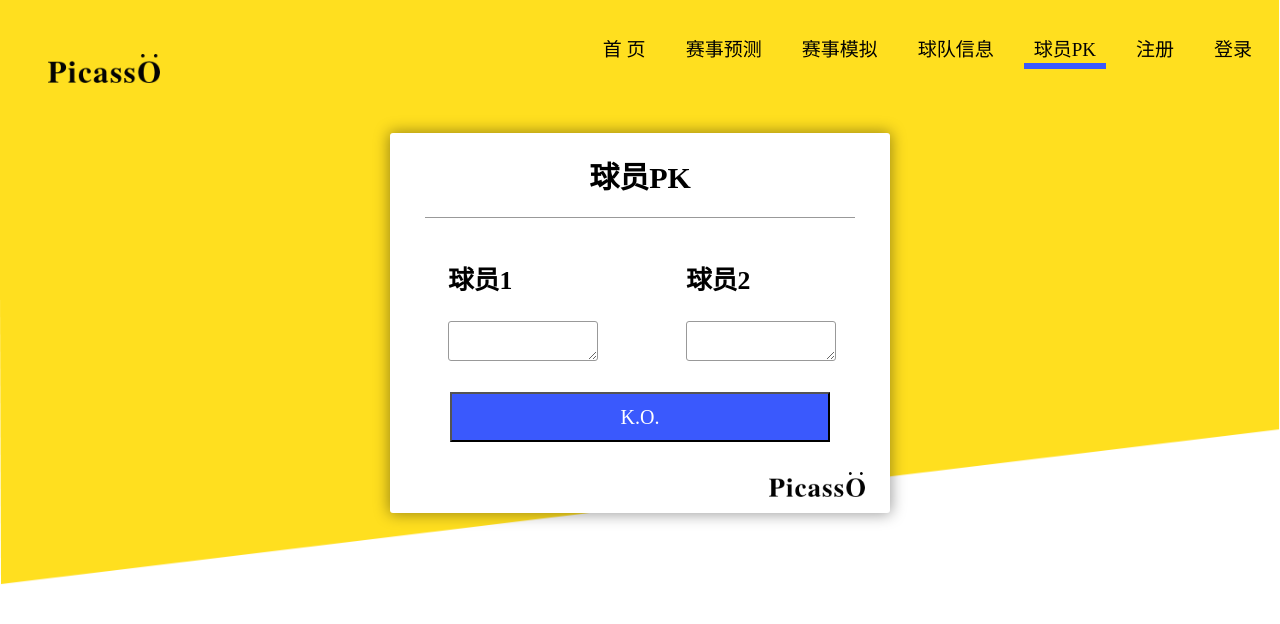
Repository: cciixx/nba-prediction-sys
Page: public/PK_index.html
These files come from the project's save history. The page is drawn as it stood at one moment and after the next save; the edit follows.
The browser window is 1280 px wide. The pictures show the whole page.

Above is the page before, as saved 2020-04-04 11:00:12.

After the next save:
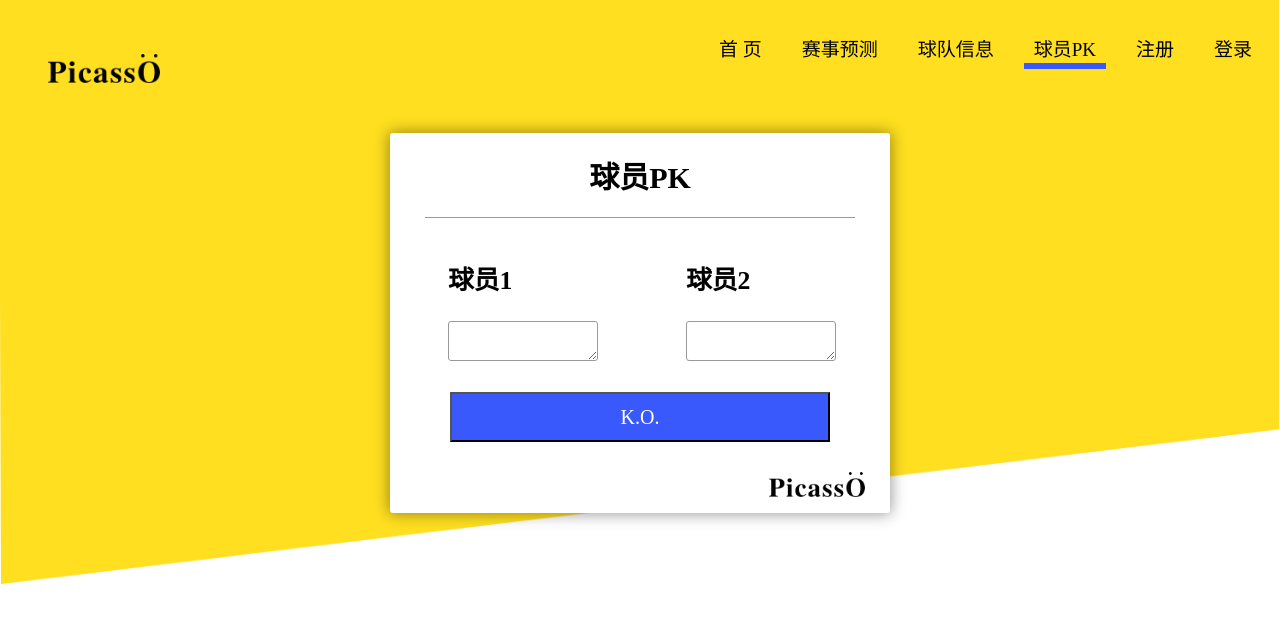
Saved 111 s later.
--- a/public/PK_index.html
+++ b/public/PK_index.html
@@ -17,7 +17,7 @@
             <li><a href="register.html">注册</a></li>
             <li style="border-bottom: 6px solid #3a59fd;"><a href="PK_index.html">球员PK</a></li>
             <li><a href="team_index.html">球队信息</a></li>
-            <li><a href="live_index.html">赛事模拟</a></li>
+            <!-- <li><a href="live_index.html">赛事模拟</a></li> -->
             <li><a href="predict.html">赛事预测</a></li>
             <li><a href="first.html">首 页</a></li>
             <img src="images/logo.png">
